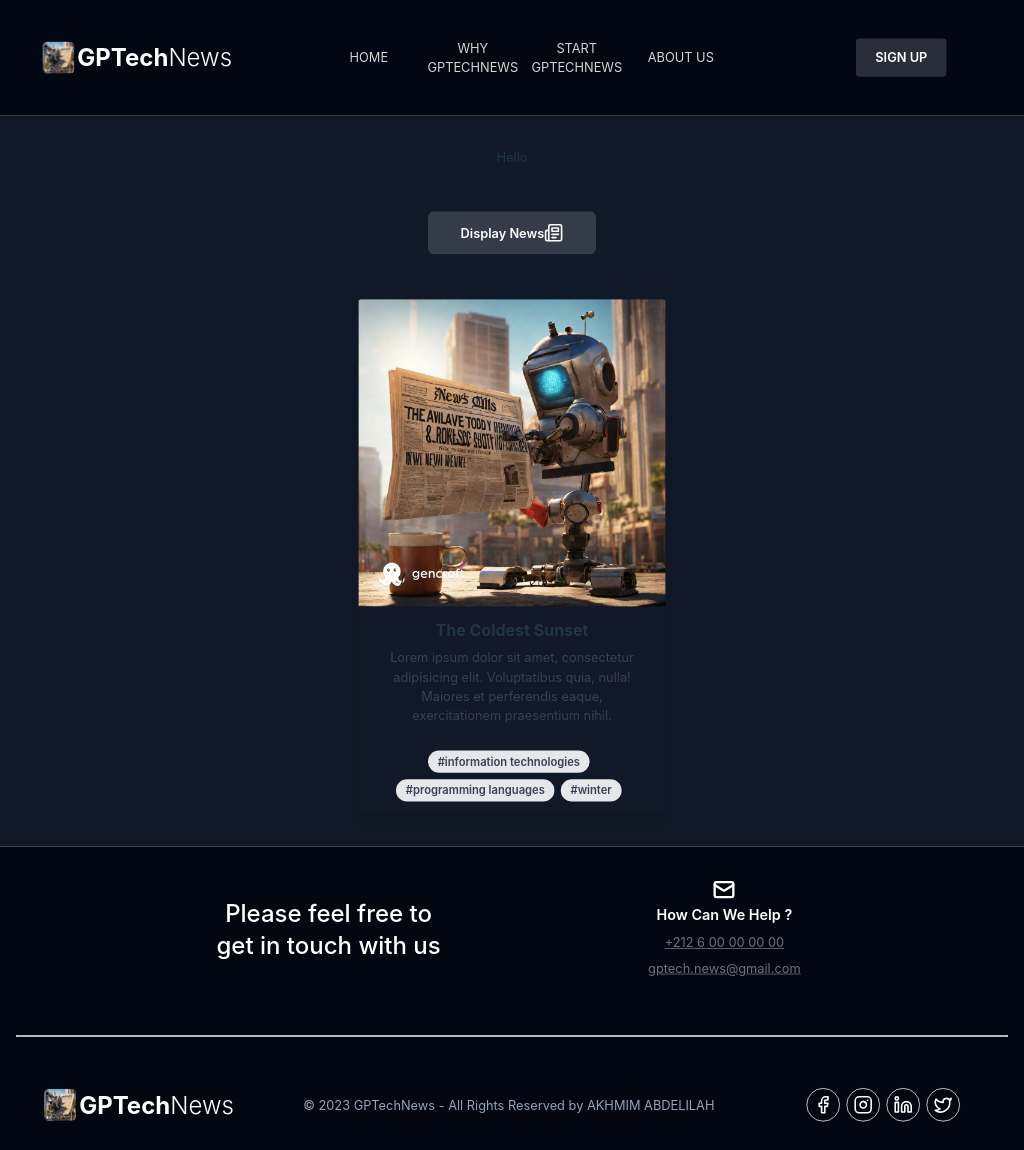
Repository: Lablab-me-Hackathon/gptech-news-frontend
Page: /
The author's editor kept a copy of each file at every save. The page is drawn from the files as they stood at one save, then again after the next save.
The browser window is 1280 px wide. The pictures show the whole page, at 80% of full size.
The project was rebuilt for these pictures with package versions that can differ from the ones it lists, and the page was loaded fresh each time. Also part of the build but not shown: vite.config.js.

Above is the page before, as saved 2023-08-05 17:27:42.

### index.html
<!doctype html>
<html lang="en">
  <head>
    <meta charset="UTF-8" />
    <link rel="icon" type="image/svg+xml" href="/logo.png" />
    <meta name="viewport" content="width=device-width, initial-scale=1.0" />
    <title>GPTech News</title>
  </head>
  <body>
    <div id="root"></div>
    <script type="module" src="/src/main.jsx"></script>
  </body>
</html>

### src/App.jsx
import './styles/App.css'
import Header from './components/Header'
import Main from './components/Main';
import Footer from './components/Footer';

function App() {

  return (
    <div className='w-full h-full flex-box flex-col'>
     <Header />
      <Main />
      <Footer />
    </div>
  )
}

export default App

### src/styles/index.css
@tailwind base;
@tailwind components;
@tailwind utilities;

* {
  padding: 0;
  margin: 0;
}

@layer components {
  .menu-item {
    @apply p-2 text-stone-300 text-base font-normal cursor-pointer flex-1 border-black rounded hover:text-blue-950 uppercase;
  }
  .flex-box {
    @apply flex items-center justify-center;
  }
}

:root {
  font-family: Inter, system-ui, Avenir, Helvetica, Arial, sans-serif;
  line-height: 1.5;
  font-weight: 400;

  color-scheme: light dark;
  color: rgba(255, 255, 255, 0.87);
  background-color: #242424;

  text-rendering: optimizeLegibility;
  -webkit-font-smoothing: antialiased;
  -moz-osx-font-smoothing: grayscale;
}

a {
  font-weight: 500;
  color: #646cff;
  text-decoration: inherit;
}
a:hover {
  color: #535bf2;
}

body {
  min-width: 320px;
  min-height: 100vh;
}

h1 {
  font-size: 3.2em;
  line-height: 1.1;
}

button {
  border-radius: 8px;
  border: 1px solid transparent;
  padding: 0.6em 1.2em;
  font-size: 1em;
  font-weight: 500;
  font-family: inherit;
  background-color: #1a1a1a;
  cursor: pointer;
  transition: border-color 0.25s;
}
button:hover {
  border-color: #646cff;
}
button:focus,
button:focus-visible {
  outline: 4px auto -webkit-focus-ring-color;
}

@media (prefers-color-scheme: light) {
  :root {
    color: #213547;
    background-color: #ffffff;
  }
  a:hover {
    color: #747bff;
  }
  button {
    background-color: #f9f9f9;
  }
}

### src/styles/App.css
#root {
  /* margin: 0 auto; */
  text-align: center;
}

.logo {
  height: 6em;
  padding: 1.5em;
  will-change: filter;
  transition: filter 300ms;
}
.logo:hover {
  filter: drop-shadow(0 0 2em #646cffaa);
}
.logo.react:hover {
  filter: drop-shadow(0 0 2em #61dafbaa);
}

@keyframes logo-spin {
  from {
    transform: rotate(0deg);
  }
  to {
    transform: rotate(360deg);
  }
}

@media (prefers-reduced-motion: no-preference) {
  a:nth-of-type(2) .logo {
    animation: logo-spin infinite 20s linear;
  }
}

.card {
  padding: 2em;
}

.read-the-docs {
  color: #888;
}

### src/components/Header.jsx
import MenuItems from "../services/header/MenuItems";
import Logo from "../services/header/Logo";
import SignUp from "../services/header/SignUp";

// import "../styles/Header.css";

function Header() {
  return (
    <div className="header flex-box px-2 justify-around flex-col md:flex-row w-full h-full py-5 bg-gray-950 text-center">
      <Logo />
      <MenuItems />
      <SignUp />
    </div>
  );
}

export default Header;

### src/components/Main.jsx
import Button from "../services/main/Button";
import Hello from "../services/main/Hello";
import Cards from './../services/main/Cards';

function Main() {


  return (
    <div className="text-center w-full py-10 flex-box flex-col scroll-smooth bg-gray-900">

      <div className="w-full flex-box">

          <div className="flex-box flex-col">
            <Hello />
          </div>

      </div>
      <div className="w-full flex-box">

          <div className="flex-box flex-col">
            <Button />
          </div>

      </div><div className="w-full flex-box">

        <div className="flex-box flex-col">
          <Cards />
        </div>

    </div>
    </div>
  );
}

export default Main;

### src/components/Footer.jsx

import TopFooter from './../services/footer/TopFooter';
import BotFooter from "../services/footer/BotFooter";

function Footer() {
  return (
    <div className="w-full h-full px-5 py-5 flex-box flex-col bg-gray-950 scroll-smooth text-center">
      <TopFooter />
      <div className="w-full h-px border border-neutral-200"></div>
      <BotFooter />
    </div>
  );
}

export default Footer;

### src/services/header/MenuItems.jsx
function MenuItems() {
  return (
    <div className="flex items-center justify-between py-5 ">
      <div className="menu-item">Home</div>
      <div className="menu-item">Why GPTechNews</div>
      <div className="menu-item">Start GPTechNews</div>
      <div className="menu-item">About us</div>
    </div>
  );
}

export default MenuItems;

### src/services/header/Logo.jsx

function Logo() {
  return (
    <div className="w-48 h-10 flex-box">
      <img className="w-10 h-10 mx-1 rounded-md" src="logo.png" alt='logo' />
      <div className="">
        <span className="text-white text-3xl font-bold">GPTech</span>
        <span className="text-white text-3xl font-light">News</span>
      </div>
    </div>
  )
}

export default Logo

### src/services/header/SignUp.jsx
function SignUp() {
  return (
    <div className="w-40 h-12 justify-center items-center inline-flex cursor-pointer uppercase">
      <div className="px-6 py-3.5 bg-gray-400 bg-opacity-25 rounded justify-start items-start gap-2.5 inline-flex">
        <div className="text-center text-white text-base font-semibold leading-tight">
          Sign up
        </div>
      </div>
    </div>
  );
}

export default SignUp;

### src/services/main/Button.jsx
// import { PropTypes } from "prop-types";

import { Newspaper } from "lucide-react";

const News = () => {
  // let { response } = props;
  const displayNews = async (e) => {
    e.preventDefault();
  };
  return (
    <div className="w-full flex-col md:flex-row py-10 flex-box justify-evenly">

      <button
        type="submit"
        className="px-10 py-3.5 my-4 bg-gray-400 bg-opacity-25  text-center text-white text-base font-semibold leading-tight mx-2 rounded-lg flex-box"
        onClick={displayNews}
      >
        Display News
        <Newspaper />
      </button>

    </div>
  );
}

News.propTypes = {
  // response: PropTypes.string.isRequired,
};
export default News;

### src/services/main/Hello.jsx

function Hello() {
  return (
    <div>Hello</div>
  )
}

export default Hello

### src/services/main/Cards.jsx

function Cards() {
  return (
    <div><div className="max-w-sm rounded overflow-hidden shadow-lg">
    <img className="w-full" src="ainews.jpg" alt="Sunset in the mountains" />
    <div className="px-6 py-4">
      <div className="font-bold text-xl mb-2">The Coldest Sunset</div>
      <p className="text-gray-700 text-base">
        Lorem ipsum dolor sit amet, consectetur adipisicing elit. Voluptatibus quia, nulla! Maiores et perferendis eaque, exercitationem praesentium nihil.
      </p>
    </div>
    <div className="px-6 pt-4 pb-2">
      <span className="inline-block bg-gray-200 rounded-full px-3 py-1 text-sm font-semibold text-gray-700 mr-2 mb-2">#information technologies</span>
      <span className="inline-block bg-gray-200 rounded-full px-3 py-1 text-sm font-semibold text-gray-700 mr-2 mb-2">#programming languages</span>
      <span className="inline-block bg-gray-200 rounded-full px-3 py-1 text-sm font-semibold text-gray-700 mr-2 mb-2">#winter</span>
    </div>
  </div></div>
  )
}

export default Cards

### src/services/footer/TopFooter.jsx
import { Mail} from "lucide-react";

function TopFooter() {
  return (
    <div className="top-footer w-full flex-box justify-evenly flex-col md:flex-row pb-12">
      <div className="text-white text-3xl font-medium leading-10 py-5">
        Please feel free to
        <br />
        get in touch with us
      </div>

      <div className="py-5 flex-box flex-col">
        <Mail size={28} strokeWidth={2.5} color="white" />
        <div className="py-1 text-white text-lg font-semibold leading-norma">
          How Can We Help ?
        </div>
        <div className="py-1 w-52 text-gray-500 text-base font-normal underline leading-normal">
          +212 6 00 00 00 00
        </div>

        <div className="py-1 w-52 text-gray-500 text-base font-normal underline leading-normal">
        gptech.news@gmail.com
        </div>
      </div>
    </div>
  );
}

export default TopFooter;

### src/services/footer/BotFooter.jsx
import Logo from "./../header/Logo";
import Copyright from "./Copyright";
import Social from "./Social";

function BotFooter() {
  return (
    <div className="bottom-footer w-full pt-12 flex-box justify-around flex-col md:flex-row flex-end">
      <Logo />
      <Copyright />
      <Social />
    </div>
  );
}

export default BotFooter;

### src/services/footer/Copyright.jsx
function Copyright() {
  return (
    <div className="py-5 text-slate-400 text-base font-normal">
      © 2023 GPTechNews - All Rights Reserved by AKHMIM ABDELILAH
    </div>
  );
}

export default Copyright;

### src/services/footer/Social.jsx
import { Facebook, Instagram, Linkedin, Twitter } from "lucide-react";

function Social() {
  return (
    <div className="py-3">
      <div className="flex-box text-white">
        <div className="border cursor-pointer p-2 m-1 rounded-full ">
          <Facebook size={24} strokeWidth={2} />
        </div>
        <div className="border cursor-pointer p-2 m-1 rounded-full">
          <Instagram size={24} strokeWidth={2} />
        </div>
        <div className="border cursor-pointer p-2 m-1 rounded-full">
          <Linkedin size={24} strokeWidth={2} />
        </div>
        <div className="border cursor-pointer p-2 m-1 rounded-full">
          <Twitter size={24} strokeWidth={2} />
        </div>
      </div>
    </div>
  );
}

export default Social;

Loaded but not shown: src/main.jsx (common file); tailwind.config.js (common file)

After the next save:
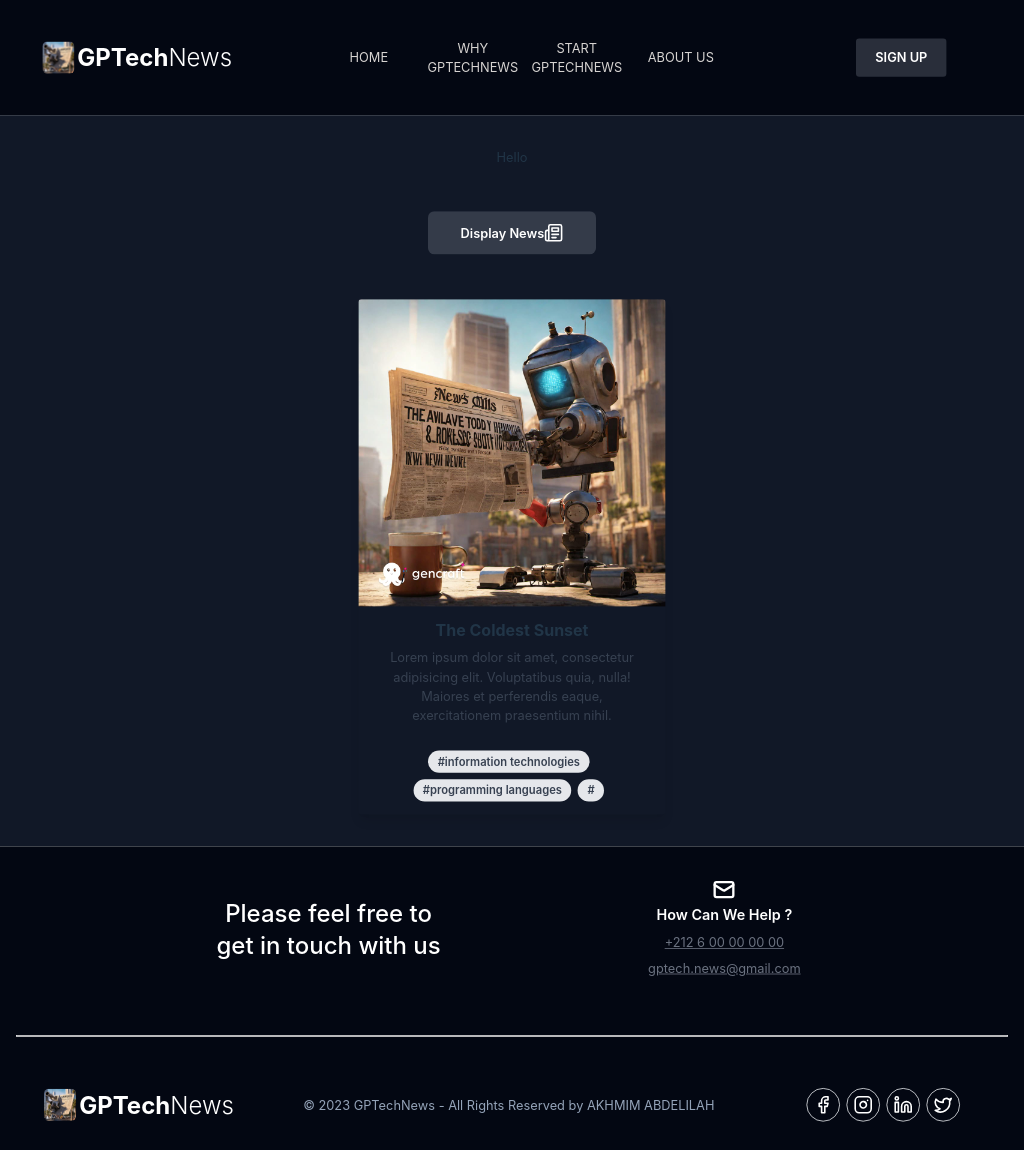
Saved 9 s later.
--- a/src/services/main/Cards.jsx
+++ b/src/services/main/Cards.jsx
@@ -12,7 +12,7 @@
     <div className="px-6 pt-4 pb-2">
       <span className="inline-block bg-gray-200 rounded-full px-3 py-1 text-sm font-semibold text-gray-700 mr-2 mb-2">#information technologies</span>
       <span className="inline-block bg-gray-200 rounded-full px-3 py-1 text-sm font-semibold text-gray-700 mr-2 mb-2">#programming languages</span>
-      <span className="inline-block bg-gray-200 rounded-full px-3 py-1 text-sm font-semibold text-gray-700 mr-2 mb-2">#winter</span>
+      <span className="inline-block bg-gray-200 rounded-full px-3 py-1 text-sm font-semibold text-gray-700 mr-2 mb-2">#</span>
     </div>
   </div></div>
   )
